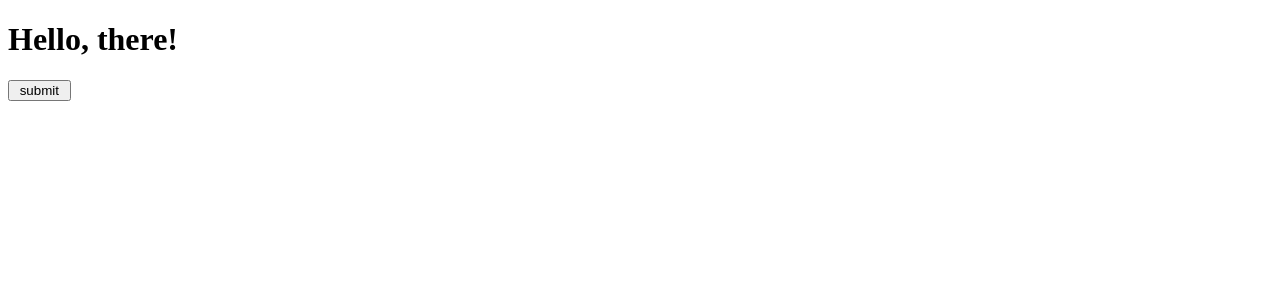
Repository: agarwaljayant7/JavaStuffs
Page: http://localhost/HotelBillingSystem/
The author's editor kept a copy of each file at every save. The page is drawn from the files as they stood at one save, then again after the next save.
The browser window is 1280 px wide. The pictures show the whole page.
The page is served by Tomcat 9.

Above is the page before, as saved 2019-12-24 11:09:41.

After the next save:
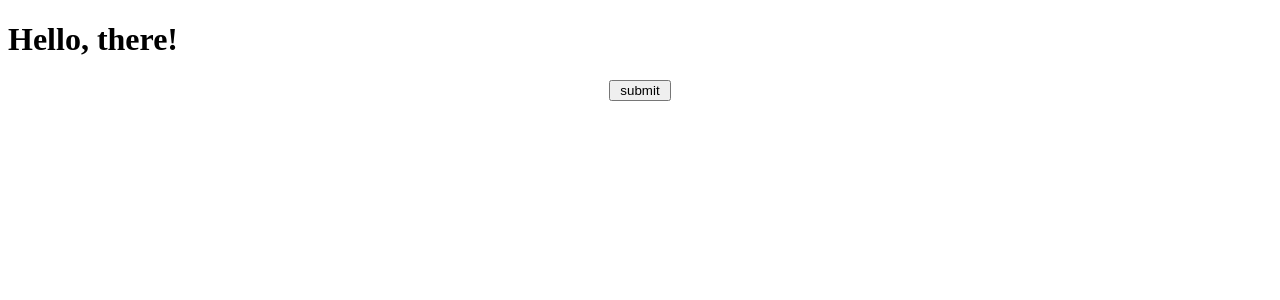
Saved 108 min 9 s later.
--- a/BillingSystem/HotelBillingSystem/WebContent/index.jsp
+++ b/BillingSystem/HotelBillingSystem/WebContent/index.jsp
@@ -9,8 +9,11 @@
 <body>
 <h1> Hello, there!</h1>
 
-<form action="Next.jsp">
-<input type = "submit" value = " submit ">
+<center>
+	<form action="Next.jsp">
+	<input type = "submit" value = " submit ">
 </form>
+</center>
+
 </body>
 </html>
